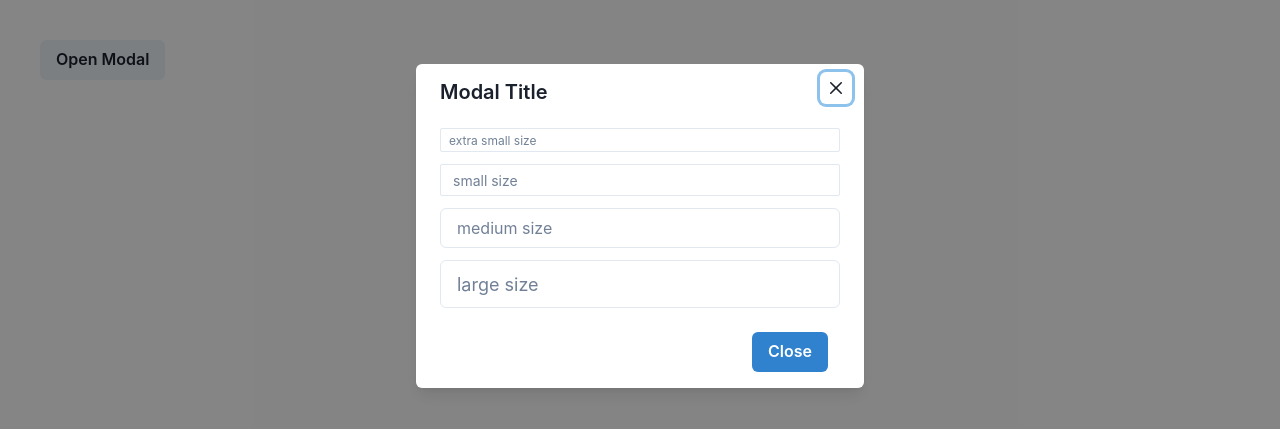
Repository: jorgelucasjs/chakra-ui-doc
Page: /
The author's editor kept a copy of each file at every save. The page is drawn from the files as they stood at one save, then again after the next save.
The browser window is 1280 px wide. The pictures show the whole page.
The project was rebuilt for these pictures with package versions that can differ from the ones it lists, and the page was loaded fresh each time.

Above is the page before, as saved 2023-01-06 11:23:15.

### public/index.html
<!DOCTYPE html>
<html lang="en">
  <head>
    <meta charset="utf-8" />
   <!--  <link rel="icon" href="%PUBLIC_URL%/logo.jpg" /> -->
    <meta name="viewport" content="width=device-width, initial-scale=1" />
    <meta name="theme-color" content="#000000" />
    <meta
      name="description"
      content="Web site created using create-react-app"
    />
    <!-- <link rel="apple-touch-icon" href="%PUBLIC_URL%/logo.jpg" /> -->
    <!--
      manifest.json provides metadata used when your web app is installed on a
      user's mobile device or desktop. See https://developers.google.com/web/fundamentals/web-app-manifest/
    -->
    <link rel="manifest" href="%PUBLIC_URL%/manifest.json" />
    <!--
      Notice the use of %PUBLIC_URL% in the tags above.
      It will be replaced with the URL of the `public` folder during the build.
      Only files inside the `public` folder can be referenced from the HTML.

      Unlike "/favicon.ico" or "favicon.ico", "%PUBLIC_URL%/favicon.ico" will
      work correctly both with client-side routing and a non-root public URL.
      Learn how to configure a non-root public URL by running `npm run build`.
    -->
    <title>Chackra ui</title>
  </head>
  <body>
    <noscript>You need to enable JavaScript to run this app.</noscript>
    <div id="root"></div>
    <!--
      This HTML file is a template.
      If you open it directly in the browser, you will see an empty page.

      You can add webfonts, meta tags, or analytics to this file.
      The build step will place the bundled scripts into the <body> tag.

      To begin the development, run `npm start` or `yarn start`.
      To create a production bundle, use `npm run build` or `yarn build`.
    -->
  </body>
</html>

### src/index.tsx
import React from 'react';
import ReactDOM from 'react-dom/client';
import App from './App';
import reportWebVitals from './reportWebVitals';

const root = ReactDOM.createRoot(
  document.getElementById('root') as HTMLElement
);


root.render(

	<React.StrictMode>
		<App />
	</React.StrictMode>

);

reportWebVitals();

### src/App.tsx
import * as React from 'react';
import PagesRouter from './routes';
import { extendTheme, ChakraProvider, ColorModeScript } from '@chakra-ui/react';
import theme from './theme/theme';

export default function App(): JSX.Element {

	return (
		<ChakraProvider theme={theme}>
			<ColorModeScript initialColorMode={theme.config.initialColorMode} />
			<PagesRouter />
		</ChakraProvider>
	);
}

### src/routes/index.tsx
import React from 'react';
import { BrowserRouter, Route, Routes } from 'react-router-dom';
import Home from '../pages';
import GlobalStyle from './../style/Global';
export default function PagesRouter(): JSX.Element {
	return (

		<BrowserRouter>
			<GlobalStyle />

			<Routes>

				<Route
					path='/'
					element={<Home />}
				/>
			</Routes>
		</BrowserRouter>

	);
}

### src/theme/theme.ts
import { extendTheme, ThemeConfig } from '@chakra-ui/react';

const config: ThemeConfig = {
	initialColorMode: 'light',
	useSystemColorMode: false,
};

const colors = {
	brand: {
		900: '#1a365d',
		800: '#153e75',
		700: '#2a69ac',
	},
};

const theme = extendTheme({ config, colors });

export default theme;

### src/pages/index.tsx
import React from 'react';
import { Box, Container, Text, Flex, Grid, Button, SimpleGrid, Wrap, WrapItem } from '@chakra-ui/react';
import Gradient from '../components/Gradient';
import ColorMode from '../components/ColorMode';
import ModalComponent from '../components/ModalComponent';
import TabsComponents from '../components/TabsComponents';
import { CircularProgress, CircularProgressLabel } from '@chakra-ui/react';
import SkeletonComponents from '../components/SkeletonComponents';
import { Avatar, AvatarBadge, AvatarGroup } from '@chakra-ui/react';
import FormControl from '../components/FormControl';
export default function index(): JSX.Element {

	return (
		<Box p={10} h={'100vh'}>
			{/* <Gradient /> */}
			{/* <ColorMode /> */}
			{/* <ModalComponent /> */}

			{/* <TabsComponents /> */}
			{/* <SkeletonComponents /> */}

			{/* <Wrap>
				<WrapItem>
					<Avatar name='Dan Abrahmov' src='https://bit.ly/dan-abramov' />
				</WrapItem>
				<WrapItem>
					<Avatar name='Kola Tioluwani' src='https://bit.ly/tioluwani-kolawole' />
				</WrapItem>
				<WrapItem>
					<Avatar name='Kent Dodds' src='https://bit.ly/kent-c-dodds' />
				</WrapItem>
				<WrapItem>
					<Avatar name='Ryan Florence' src='https://bit.ly/ryan-florence' />
				</WrapItem>
				<WrapItem>
					<Avatar name='Prosper Otemuyiwa' src='https://bit.ly/prosper-baba' />
				</WrapItem>
				<WrapItem>
					<Avatar name='Christian Nwamba' src='https://bit.ly/code-beast' />
				</WrapItem>
				<WrapItem>
					<Avatar name='Segun Adebayo' src='https://bit.ly/sage-adebayo' />
				</WrapItem>
			</Wrap>

			<Wrap>
				<WrapItem>
					<Avatar size='2xs' name='Dan Abrahmov' src='https://bit.ly/dan-abramov' />
				</WrapItem>
				<WrapItem>
					<Avatar
						size='xs'
						name='Kola Tioluwani'
						src='https://bit.ly/tioluwani-kolawole'
					/>{' '}
				</WrapItem>
				<WrapItem>
					<Avatar size='sm' name='Kent Dodds' src='https://bit.ly/kent-c-dodds' />{' '}
				</WrapItem>
				<WrapItem>
					<Avatar size='md' name='Ryan Florence' src='https://bit.ly/ryan-florence' />{' '}
				</WrapItem>
				<WrapItem>
					<Avatar
						size='lg'
						name='Prosper Otemuyiwa'
						src='https://bit.ly/prosper-baba'
					/>{' '}
				</WrapItem>
				<WrapItem>
					<Avatar size='xl' name='Christian Nwamba' src='https://bit.ly/code-beast' />{' '}
				</WrapItem>
				<WrapItem>
					<Avatar size='2xl' name='Segun Adebayo' src='https://bit.ly/sage-adebayo' />{' '}
				</WrapItem>
			</Wrap> */}

			<FormControl />
		</Box>
	);
}

### src/style/Global.ts
import { createGlobalStyle } from 'styled-components';

export default createGlobalStyle`
  * {
	  margin: 0;
	  padding: 0;
	  box-sizing: border-box;
	}

  body {
	  width: 100vw;
	  background:#fefefe;
  }

  body,
  input,
  textarea,
  button {
	font: 400 1rem Inter, sans-serif;
  }

  h1 {
	font-size: 2.5rem;
	font: 700;
	font-family: 'Work Sans', sans-serif;
  }

  h2 {
	font-size: 1.5rem;
  }

  button {
	cursor: pointer;
  }

  h1,
  h2,
  h3,
  h4,
  h5,
  h6 {
	font-weight: 600;
	font-family: Lexend, sans-serif;
  }

  input {
	outline: none;
  }
  a{
	text-decoration:none;
	color:#fff;
  }
  .modalContent,
  .secondModal {
	>img {
	  width: 15rem;
	  margin: 15px auto;
	  display: flex;
	  justify-content: center;
	  align-self: center;
	}
	> form {
	  margin: 20px 0;
	  width: 100%;
	  text-align: center;

	> label {
	  display: flex;
	  align-items: flex-start;
	  margin: 15px 0;
	  color: #1c1c1c;
	}

	>button {
	  margin-top: 25px;
	}
  }
}


.secondModal {
  >h1 {
	text-align: center;
	margin: 4rem 0 0 0;
  }

  >span {
	display: block;
	text-align: center;
	color: #1c1c1c;
	font-size: 15px;
	margin: 20px 0;
  }
}



`;

### src/components/FormControl.tsx
import React from 'react';
import {
	FormControl,
	FormLabel,
	FormErrorMessage,
	FormHelperText,
	Input,
	RadioGroup,
	HStack,
	Radio,
	Stack,
	useDisclosure,
	Button,
	Modal,
	ModalOverlay,
	ModalContent,
	ModalHeader,
	ModalCloseButton,
	ModalBody,
	Text,
	ModalFooter
} from '@chakra-ui/react';

export default function FormControlModal(): JSX.Element {
	const { isOpen, onOpen, onClose } = useDisclosure();

	return (
		<div>
			<>
				<Button onClick={onOpen}>Open Modal</Button>
				<Modal isOpen={true} onClose={onClose}>
					<ModalOverlay />
					<ModalContent>
						<ModalHeader>Modal Title</ModalHeader>
						<ModalCloseButton />
						<ModalBody>
							<FormControl as='fieldset'>
								<Stack spacing={3}>
									<Input placeholder='extra small size' size='xs' />
									<Input placeholder='small size' size='sm' />
									<Input placeholder='medium size' size='md' />
									<Input placeholder='large size' size='lg' />
								</Stack>
							</FormControl>
						</ModalBody>
						<ModalFooter>
							<Button colorScheme='blue' mr={3} onClick={onClose}>
								Close
							</Button>

						</ModalFooter>
					</ModalContent>
				</Modal>
			</>
		</div>
	);
}

Loaded but not shown: src/reportWebVitals.ts (common file)

After the next save:
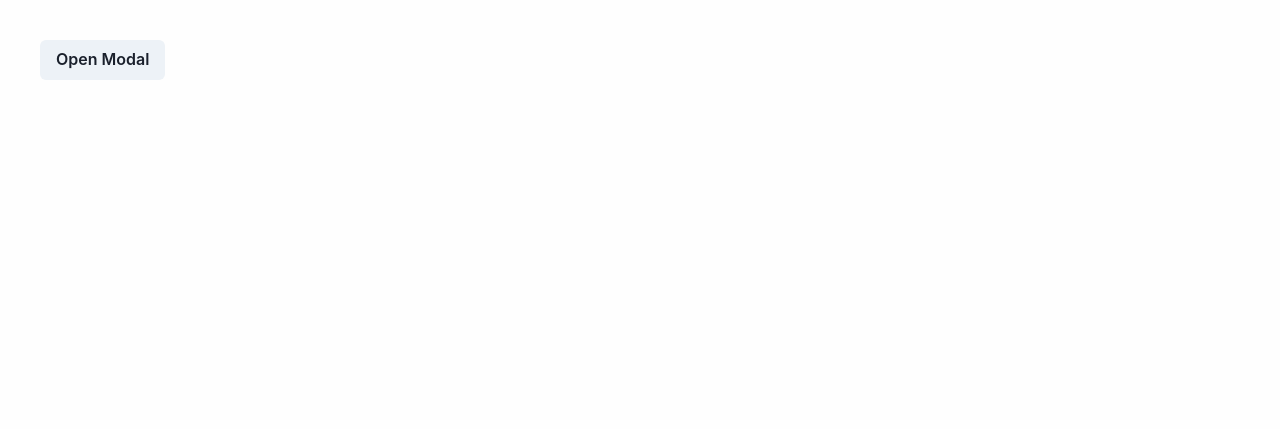
Saved 38 s later.
--- a/src/components/FormControl.tsx
+++ b/src/components/FormControl.tsx
@@ -28,7 +28,7 @@
 		<div>
 			<>
 				<Button onClick={onOpen}>Open Modal</Button>
-				<Modal isOpen={true} onClose={onClose}>
+				<Modal isOpen={isOpen} onClose={onClose}>
 					<ModalOverlay />
 					<ModalContent>
 						<ModalHeader>Modal Title</ModalHeader>
